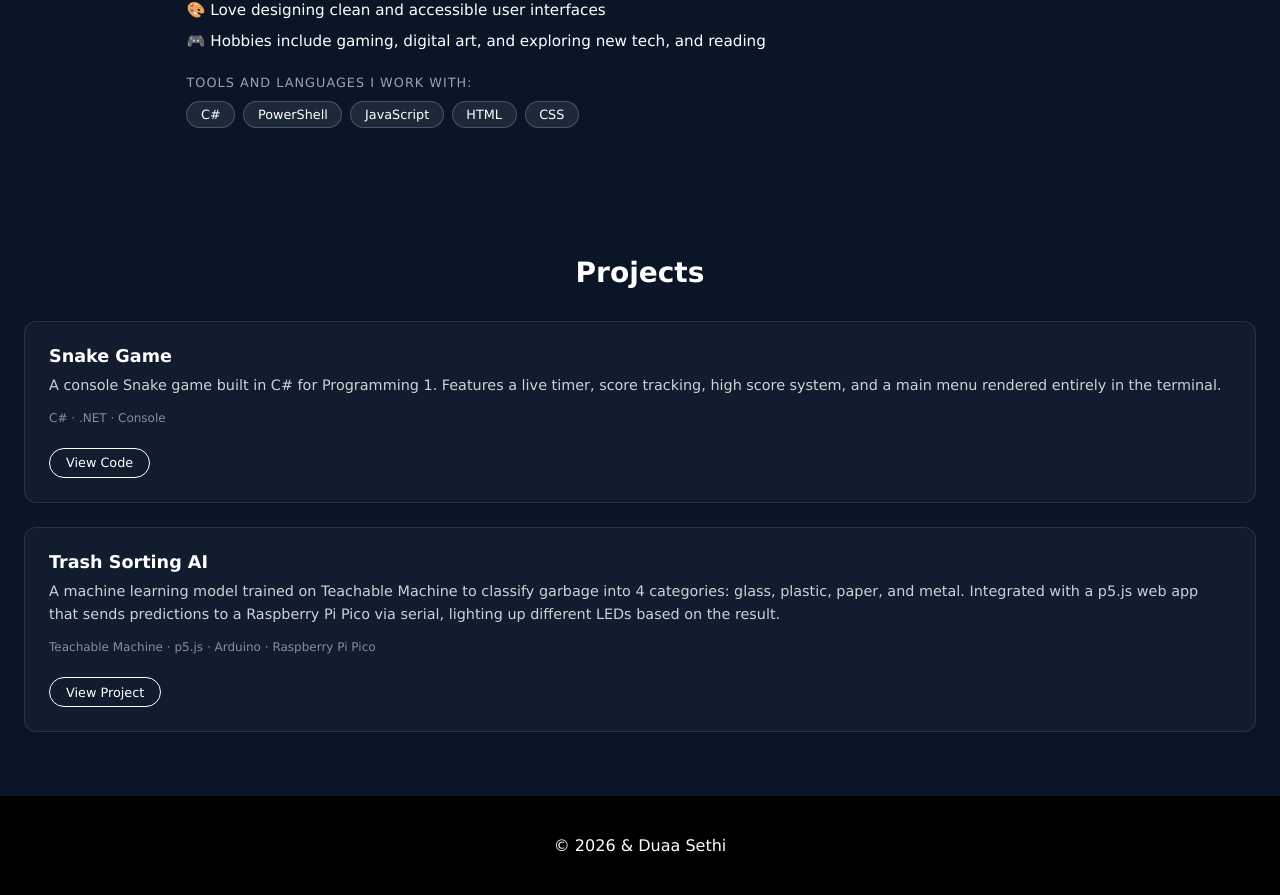
Repository: Duaa-Sethi/Duaa-Sethi
Page: index.html
An editor plug-in stored every save of this project. The page is shown before and after the next save, followed by the edit.
The browser window is 1280 px wide. The pictures show the part of the page from y = 1232 to 2184 px (the page is 2127 px tall before and 2184 px after).
Some web fonts or font styles are not loaded; a fallback is used.

Above is the page before, as saved 2026-05-02 15:23:47.

### index.html
<!doctype html>
<html lang="en">
  <head>
    <meta charset="UTF-8" />
    <meta name="viewport" content="width=device-width, initial-scale=1.0" />
    <title>Dua Portfolio</title>
    <link rel="stylesheet" href="./styles/index.css" />
    <link rel="stylesheet" href="./styles/globals.css" />
  </head>
  <body>
    <!-- NAV -->
    <nav>
      <ul>
        <li><a href="#about">About</a></li>
        <li><a href="#projects">Projects</a></li>
        <li><a href="#contact">Contact</a></li>
      </ul>
    </nav>

    <!-- HERO -->
    <section class="hero">
      <article>
        <h1>Duaa Sethi Portfolio</h1>
        <p>Developer · Designer · Creator</p>
        <a href="#projects">View Projects</a>
      </article>
    </section>

    <!-- ABOUT -->
    <section class="about" id="about">
      <img src="./assets/images/Dua Sethi.jpeg" alt="Photo of Duaa Sethi" />
      <div class="about-text">
        <h2>About Me</h2>
        <p>
          Hi! I am Duaa Sethi , a first year CS student passionate about
          technology, and building things that actually work.
        </p>

        <ul class="about-list">
          <li>🎓 First year Computer Science student at John Abbott College</li>
          <li>
            💻 Passionate about web development, AI, and creative problem
            solving
          </li>
          <li>🎨 Love designing clean and accessible user interfaces</li>
          <li>
            🎮 Hobbies include gaming, digital art, and exploring new tech, and
            reading
          </li>
        </ul>

        <p class="tools-label">Tools and languages I work with:</p>
        <ul class="tools-list">
          <li>C#</li>
          <li>PowerShell</li>
          <li>JavaScript</li>
          <li>HTML</li>
          <li>CSS</li>
        </ul>
      </div>
    </section>

    <!-- PROJECTS -->
    <section class="projects" id="projects">
      <h2>Projects</h2>
      <div class="cards">
        <article class="card">
          <h3>Snake Game</h3>
          <p>
            A console Snake game built in C# for Programming 1. Features a live
            timer, score tracking, high score system, and a main menu rendered
            entirely in the terminal.
          </p>
          <p class="tech">C# · .NET · Console</p>
          <a
            href="https://github.com/Duaa-Sethi/Programming1-project-Dua-Sethi"
            target="_blank"
            >View Code</a
          >
        </article>
        <article class="card">
          <h3>Trash Sorting AI</h3>
          <p>
            A machine learning model trained on Teachable Machine to classify
            garbage into 4 categories: glass, plastic, paper, and metal.
            Integrated with a p5.js web app that sends predictions to a
            Raspberry Pi Pico via serial, lighting up different LEDs based on
            the result.
          </p>
          <p class="tech">
            Teachable Machine · p5.js · Arduino · Raspberry Pi Pico
          </p>
          <a
            href="https://editor.p5js.org/duairfansethi/full/mdRLpCkG2"
            target="_blank"
            >View Project</a
          >
        </article>
      </div>
    </section>

    <footer>
      <p>© 2026 & Duaa Sethi</p>
    </footer>
  </body>
</html>

### styles/index.css
body {
  background-color: #0a1628;
}

/* NAV */
nav {
  position: sticky;
  top: 0;
  background-color: black;
  padding: 0 1.5rem;
}

nav ul {
  display: flex;
  justify-content: flex-end;
  gap: 1.5rem;
  padding: 1rem 0;
}

nav ul li a {
  font-size: 0.9rem;
}

.hero {
  display: flex;
  align-items: center;
  justify-content: center;
  text-align: center;
  min-height: 100vh;
  padding: 2rem 1.5rem;

  /* dont memorize, copy paste background defs */
  background-image: url(../assets/images/starry\ sky\ animated\ gif\ -\ Google\ Search.gif);
  background-size: cover;
  background-position: center;
  background-repeat: no-repeat;
}

.hero h1 {
  font-size: 2rem;
  margin-bottom: 0.75rem;
}

.hero p {
  font-size: 1rem;
  opacity: 0.75;
  margin: 0 0 1.5rem 0;
}

.hero a {
  border: 2px solid white;
  padding: 0.5rem 1.25rem;
  border-radius: 20px;
  font-size: 0.9rem;
}

.hero a:hover {
  background-color: white;
  color: #0a1628;
  text-decoration: none;
}

/* ABOUT */
.about {
  display: flex;
  flex-direction: column;
  align-items: center;
  gap: 2rem;
  padding: 4rem 1.5rem;
  text-align: center;
}

.about img {
  width: 150px;
  height: 150px;
  border-radius: 50%;
  object-fit: cover;
  border: 3px solid rgba(255, 255, 255, 0.2);
}

.about h2 {
  font-size: 1.75rem;
  margin-bottom: 1rem;
}

.about p {
  margin: 0 0 0.5rem 0;
  line-height: 1.6;
}

.about-list {
  display: flex;
  flex-direction: column;
  gap: 0.5rem;
  text-align: left;
  margin-bottom: 1.25rem;
}

.about-list li {
  font-size: 0.95rem;
  line-height: 1.5;
}

.tools-label {
  font-size: 0.8rem;
  opacity: 0.6;
  text-transform: uppercase;
  letter-spacing: 0.08em;
  text-align: left;
  margin-bottom: 0.5rem;
}

.tools-list {
  display: flex;
  flex-wrap: wrap;
  gap: 0.5rem;
  text-align: left;
}

.tools-list li {
  background-color: rgba(255, 255, 255, 0.08);
  border: 1px solid rgba(255, 255, 255, 0.2);
  border-radius: 20px;
  padding: 0.3rem 0.85rem;
  font-size: 0.8rem;
}
/* PROJECTS */
.projects {
  padding: 4rem 1.5rem;
  text-align: center;
}
.projects h2 {
  font-size: 1.75rem;
  margin-bottom: 2rem;
}

.cards {
  display: flex;
  flex-direction: column;
  gap: 1.5rem;
}
.card {
  background-color: #111c2e;
  border: 1px solid rgba(255, 255, 255, 0.1);
  border-radius: 12px;
  padding: 1.5rem;
  text-align: left;
}

.card:hover {
  border-color: rgba(255, 255, 255, 0.4);
}

.card h3 {
  font-size: 1.1rem;
  margin-bottom: 0.5rem;
}

.card p {
  font-size: 0.9rem;
  line-height: 1.6;
  opacity: 0.8;
  margin: 0 0 0.5rem 0;
}

.card .tech {
  font-size: 0.75rem;
  opacity: 0.5;
  margin: 0.75rem 0;
}

.card a {
  display: inline-block;
  border: 1px solid white;
  padding: 0.4rem 1rem;
  border-radius: 20px;
  font-size: 0.8rem;
  margin-top: 0.5rem;
}

.card a:hover {
  background-color: white;
  color: #0a1628;
  text-decoration: none;
}

footer {
  text-align: center;
  padding: 1.5rem;
  background-color: black;
}

@media only screen and (min-width: 600px) {
  h1 {
    font-size: 4rem;
  }
}

@media only screen and (min-width: 992px) {
  h1 {
    font-size: 5rem;
  }
}

### styles/globals.css
/* FONT DEFS */
@font-face {
  font-family: "main font";
  src: url(../assets/fonts/NewsCycle-Regular.ttf);
}

/* CROSS PAGE STYLES */
body {
  font-family: "main font", Verdana, sans-serif;
  color: white;
  margin: 0;
}

h1 {
  font-weight: bold;
  font-size: 1.5rem;
}

a {
  text-decoration: none;
  color: white;
}
h2,
h3 {
  margin: 0;
}
a:hover {
  text-decoration: underline;
}
ul {
  list-style: none;
  padding: 0;
  margin: 0;
}

After the next save:
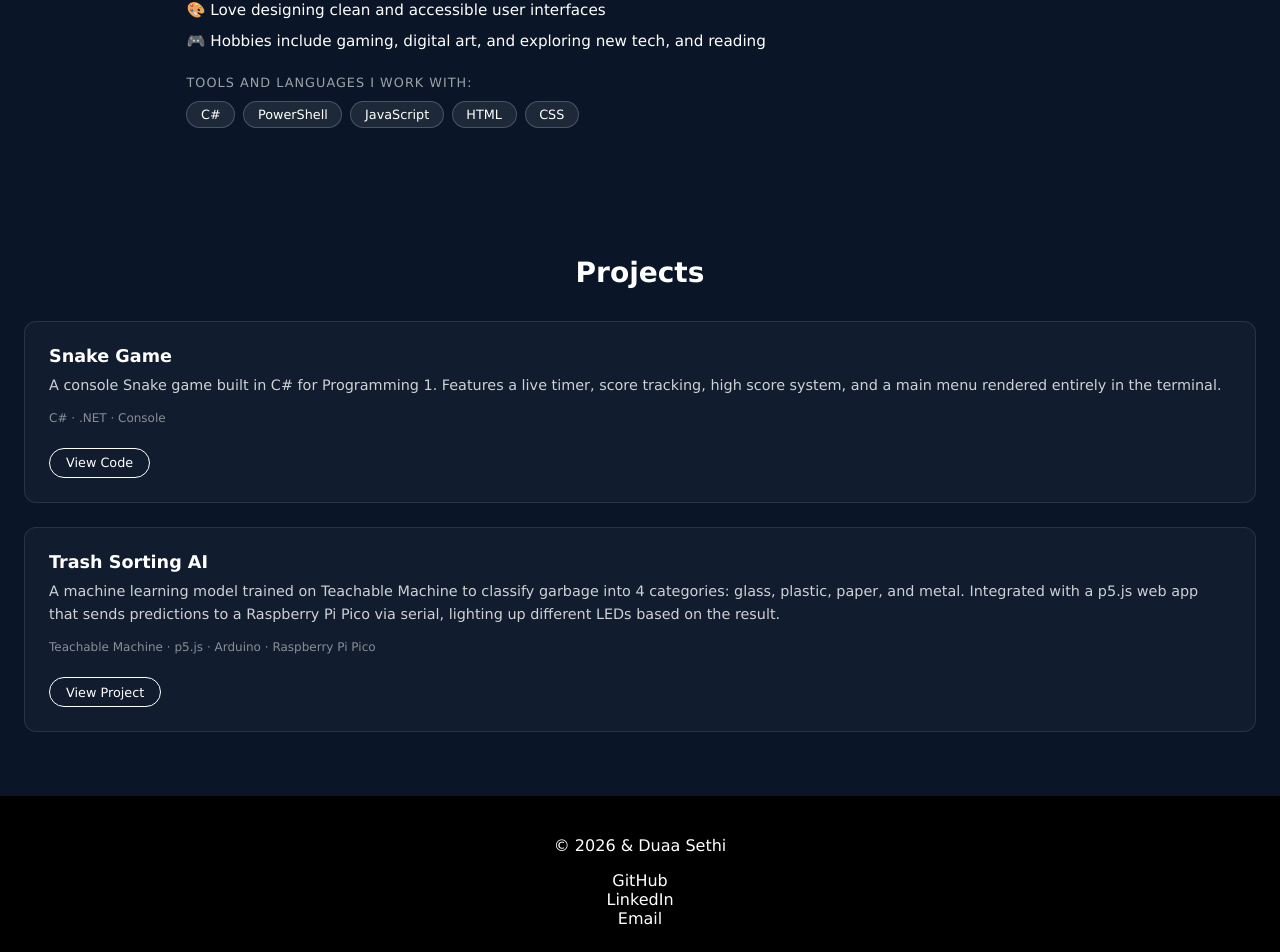
Saved 9 min 16 s later.
--- a/index.html
+++ b/index.html
@@ -101,6 +101,19 @@
 
     <footer>
       <p>© 2026 & Duaa Sethi</p>
+       <ul class="footer-links">
+        <ul class="footer-links">
+          <li><a href="https://github.com/Duaa-Sethi">GitHub</a></li>
+          <li>
+            <a
+              href="https://www.linkedin.com/in/dua-irfan-sethi-32944838b/"
+              target="_blank"
+              >LinkedIn</a
+            >
+          </li>
+          <li>
+            <a href="mailto:duairfansethi@gmail.com">Email</a>
+          </li>
     </footer>
   </body>
 </html>
